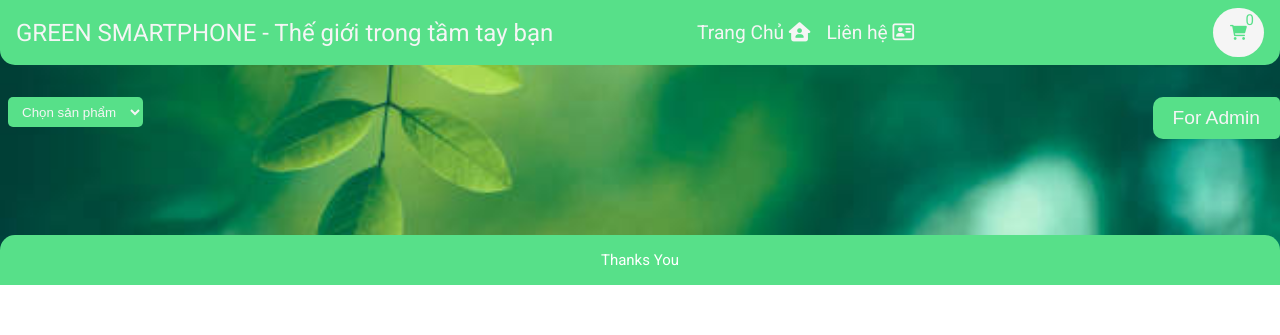
Repository: NguyenVietPhuQuy/Project2
Page: HKShop/index.html
These files come from the project's save history. The page is drawn as it stood at one moment and after a run of saves; the edit follows.
The browser window is 1280 px wide. The pictures show the whole page.
The page's requests for data from a server got no answer. Some web libraries are served in a nearby version.

Above is the page before, as saved 2022-11-02 20:16:05.

After the next 2 saves:
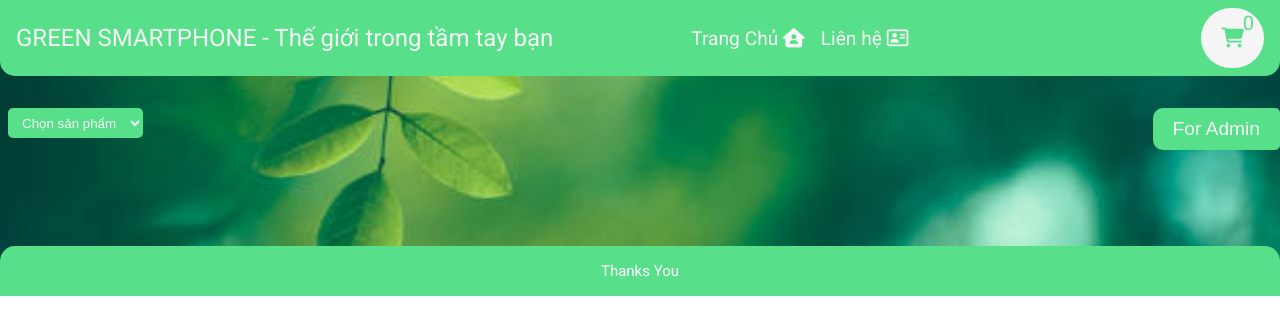
The 2 saves are shown as one change because they came seconds apart.
The last was saved 34 s later.
--- a/HKShop/Css/index.css
+++ b/HKShop/Css/index.css
@@ -185,11 +185,12 @@ img {
     background-color: whitesmoke;
     display: flex;
     position: relative;
-    padding: 17px;
+    padding: 20px;
     border-radius: 60px;
     color: var(--first-color);
     cursor: pointer;
     transition: all 0.4s ease;
+    font-size: 20px;
 }
 .nav__icon #totalItem{
     position: absolute;
